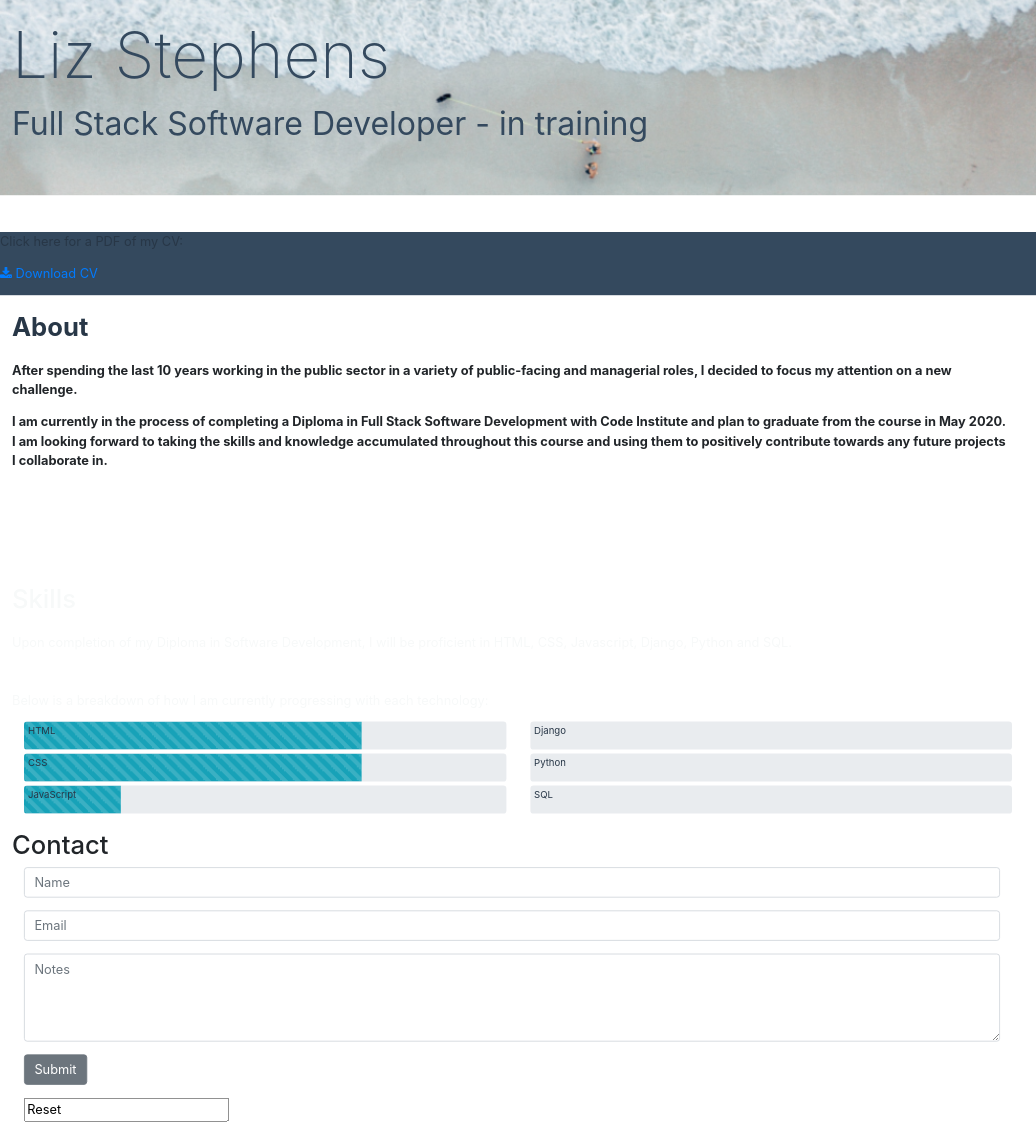
Repository: Liz94688/portfolio-site
Page: index.html
The author's editor kept a record of every edit. The page is drawn from the files as they stood at one moment, then again after the next edit.
The browser window is 1280 px wide. The page is 1295 px wide, so the pictures cover 1295 px, including what lies to the right of the window. The pictures show the whole page, at 80% of full size.

Above is the page before.

After the next edit:
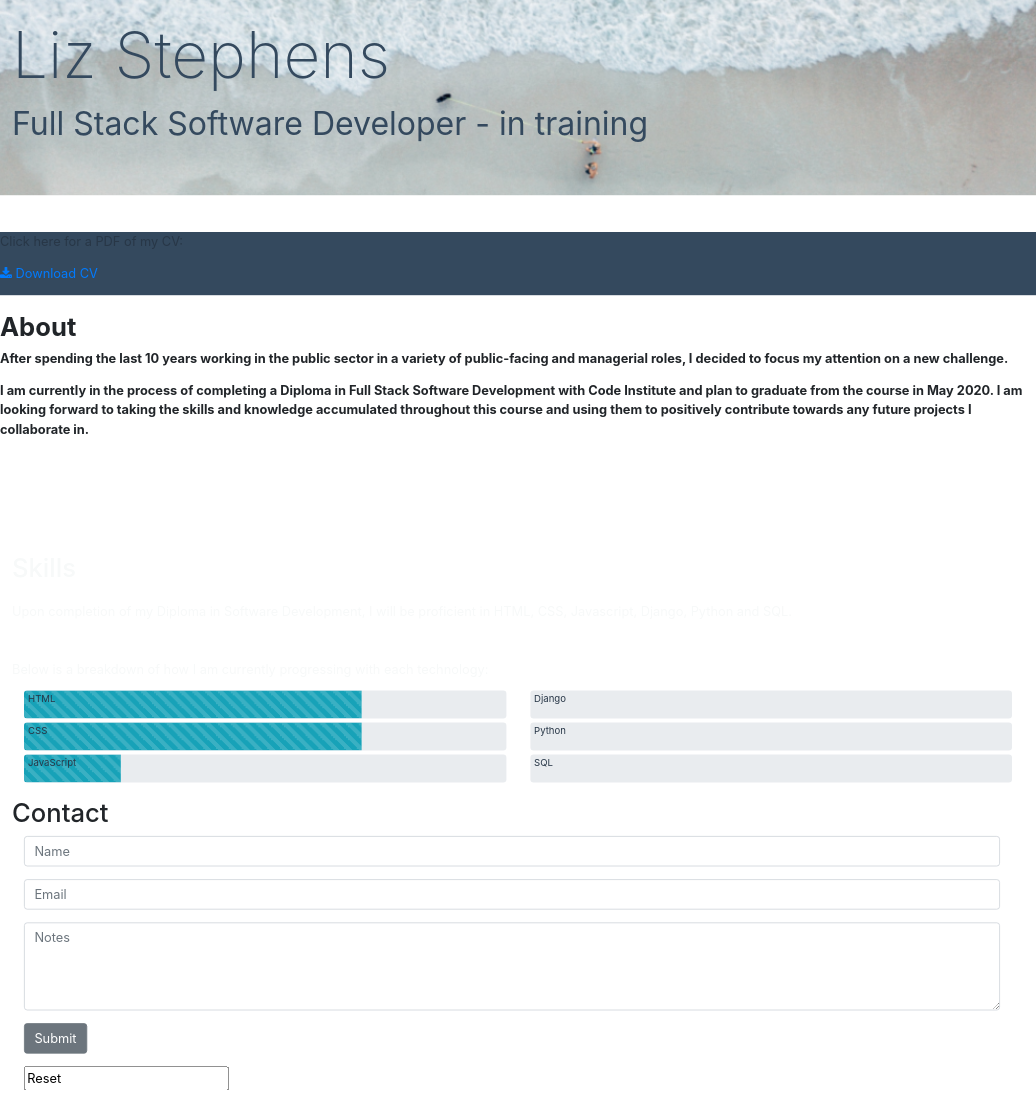
The edit:
--- a/index.html
+++ b/index.html
@@ -76,16 +76,11 @@
 
 
 
-<!--*****About Me*****-->
-<section id="about-me ">
-    <div class="container-fluid about ">
-        <div class="row ">
+
             <h2 class="about-title "><strong>About</strong></h2>
-        </div>
-        <div>
+
             <p class="about-p "><strong>After spending the last 10 years working in the public sector in a variety of public-facing and managerial roles, I decided to focus my attention on a new challenge.</strong></p>
-        </div>
-        <div>
+
             <p class="about-p "><strong>I am currently in the process of completing a Diploma in Full Stack Software Development with Code Institute and plan to graduate from the course in May 2020. I am looking forward to taking the skills and knowledge accumulated throughout this course and
                     using them to positively contribute towards any future projects I collaborate in.</strong></p>
         </div>
